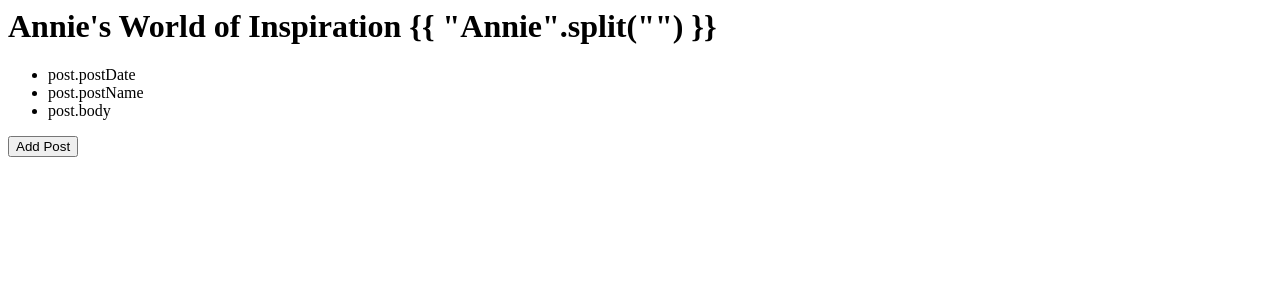
Repository: AnnieFisher/blog
Page: BlogMVC/WebContent/posts.view.html
The author's editor kept a copy of each file at every save. The page is drawn from the files as they stood at one save, then again after the next save.
The browser window is 1280 px wide. The pictures show the whole page.

Above is the page before, as saved 2016-12-17 09:39:38.

### BlogMVC/WebContent/posts.view.html

        <div class="row">
            <div class="col-md-6 col-md-offset-3"><h1>Annie's World of Inspiration {{ "Annie".split("") }}</h1></div>
       </div>

        <div>
        		<ul ng-repeat="post in posts">
        			<li>post.postDate</li>
        			<li>post.postName</li>
        			<li>post.body</li>
        		</ul>

        </div>


        <div>
           <button ng-click = "addPostRedirect()" >Add Post</button>
        </div>

After the next save:
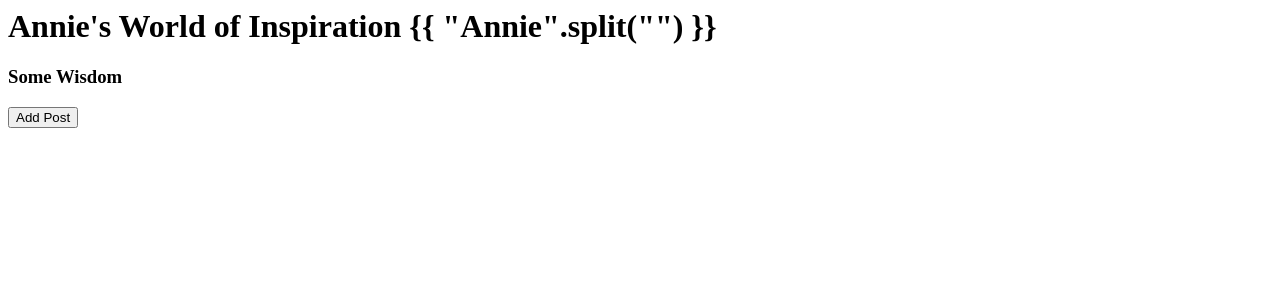
Saved 6 min 8 s later.
--- a/BlogMVC/WebContent/posts.view.html
+++ b/BlogMVC/WebContent/posts.view.html
@@ -4,11 +4,14 @@
        </div>
 
         <div>
-        		<ul ng-repeat="post in posts">
+
+
+        <h3> Some Wisdom</h3>
+        		<!-- <ul ng-repeat="post in posts">
         			<li>post.postDate</li>
         			<li>post.postName</li>
         			<li>post.body</li>
-        		</ul>
+        		</ul> -->
 
         </div>
 

After the 3 saves that followed:
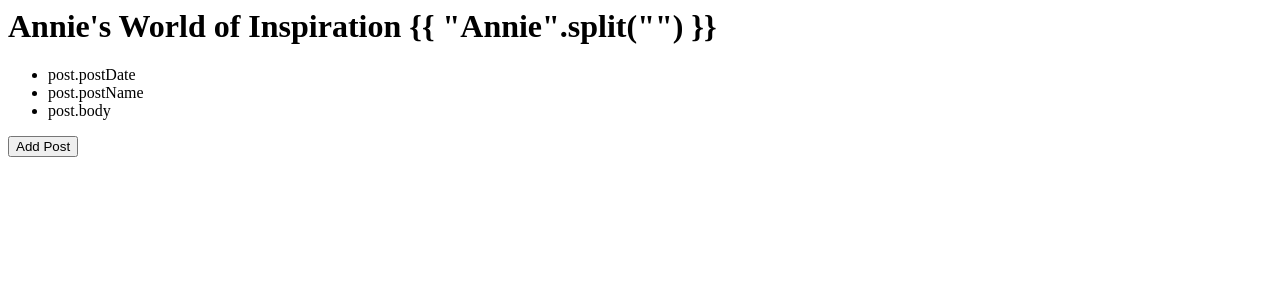
The 3 saves are shown as one change because 2 left the picture as it was.
The last was saved 70 s later.
--- a/BlogMVC/WebContent/posts.view.html
+++ b/BlogMVC/WebContent/posts.view.html
@@ -3,16 +3,14 @@
             <div class="col-md-6 col-md-offset-3"><h1>Annie's World of Inspiration {{ "Annie".split("") }}</h1></div>
        </div>
 
-        <div>
-
-
-        <h3> Some Wisdom</h3>
-        		<!-- <ul ng-repeat="post in posts">
+        <div class="row">
+        		<div>
+        		<ul ng-repeat="post in posts">
         			<li>post.postDate</li>
         			<li>post.postName</li>
         			<li>post.body</li>
-        		</ul> -->
 
+        		</div>
         </div>
 
 
